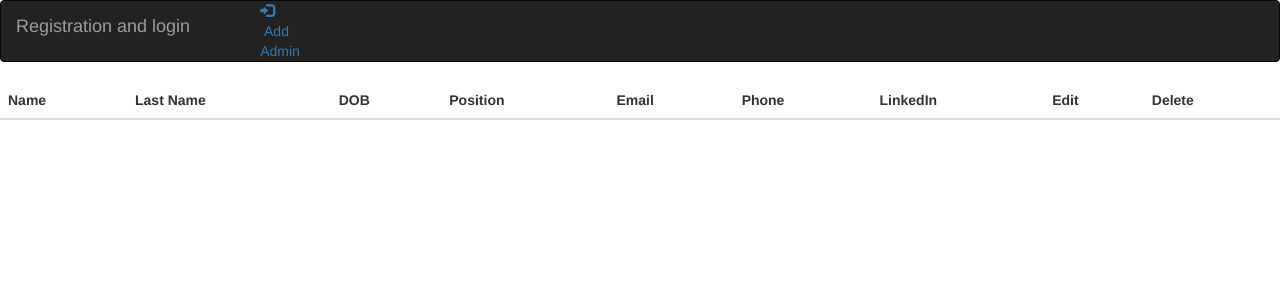
Repository: vinayvinay25794/RegistrationDemo
Page: http://localhost/allRegistrations
The author's editor kept a copy of each file at every save. The page is drawn from the files as they stood at one save, then again after the next save.
The browser window is 1280 px wide. The pictures show the whole page.
The page is this project's Thymeleaf template; nobody is signed in. The template is opened directly, without the code that normally fills it, so the values that code supplies are empty.

Above is the page before, as saved 2021-03-18 07:14:35.

After the next save:
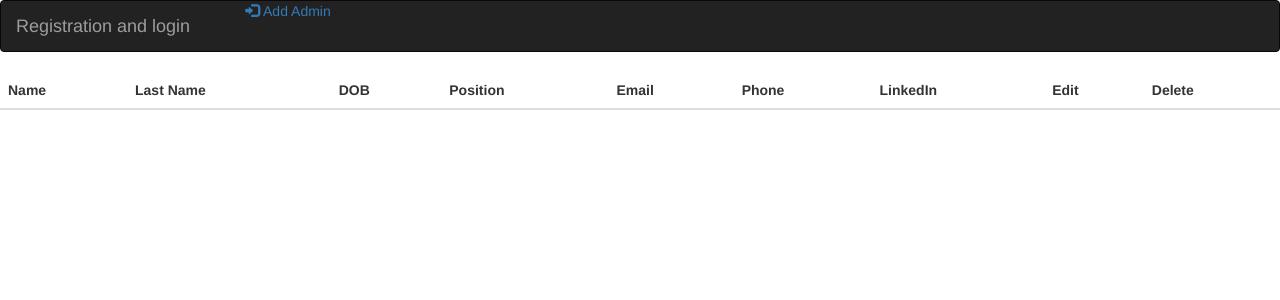
Saved 65 s later.
--- a/Hibernate/src/main/resources/templates/allRegistrations.html
+++ b/Hibernate/src/main/resources/templates/allRegistrations.html
@@ -20,7 +20,7 @@
 	      </button>
 	      <a class="navbar-brand" href="#" th:href="@{/}">Registration and login</a>
 	      <div class="nav navbar-nav navbar-right">
-	      <div class="col-md-6 col-md-offset-30">
+	      <div >
 					<span><a href="/" th:href="@{/registration}">
 					<span class="glyphicon glyphicon-log-in" aria-hidden="true"></span>&nbsp;Add Admin
 					</a></span>

After the 2 saves that followed:
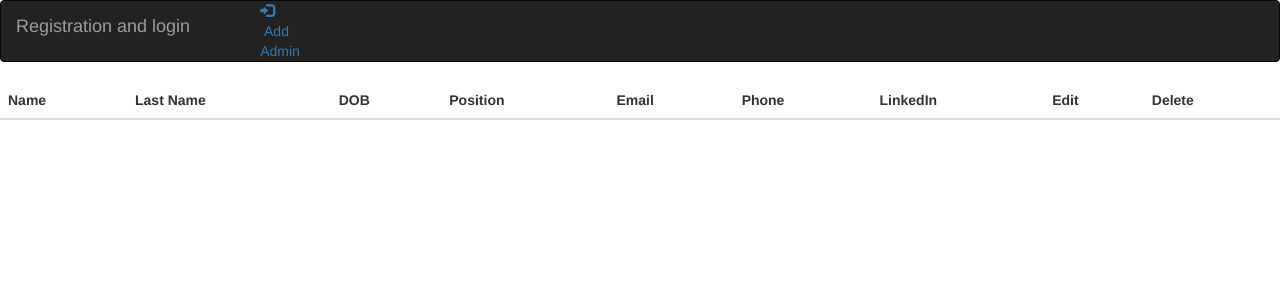
The 2 saves are shown as one change because 1 left the picture as it was.
The last was saved 3 min 9 s later.
--- a/Hibernate/src/main/resources/templates/allRegistrations.html
+++ b/Hibernate/src/main/resources/templates/allRegistrations.html
@@ -20,7 +20,7 @@
 	      </button>
 	      <a class="navbar-brand" href="#" th:href="@{/}">Registration and login</a>
 	      <div class="nav navbar-nav navbar-right">
-	      <div >
+	      <div class="col-md-6 col-md-offset-30">
 					<span><a href="/" th:href="@{/registration}">
 					<span class="glyphicon glyphicon-log-in" aria-hidden="true"></span>&nbsp;Add Admin
 					</a></span>
